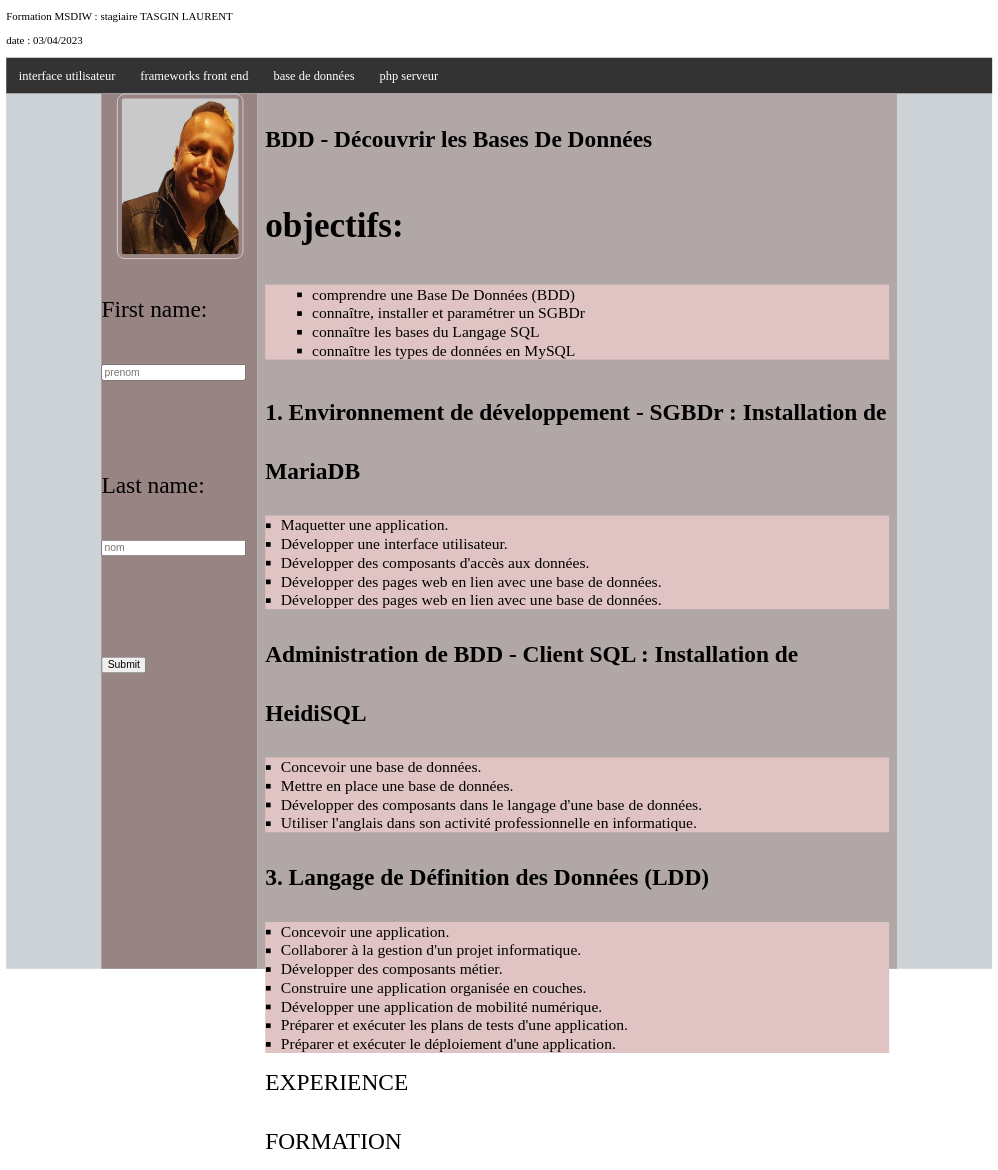
Repository: laurentbul/ApplicationEssai
Page: exercice/ex1/stagiaire_laurent/BACK/BDD/SQL/bdd1_alimenter.html
The author's editor kept a copy of each file at every save. The page is drawn from the files as they stood at one save, then again after the next save.
The browser window is 1280 px wide. The pictures show the whole page, at 78% of full size.

Above is the page before, as saved 2023-04-06 06:42:46.

After the next save:
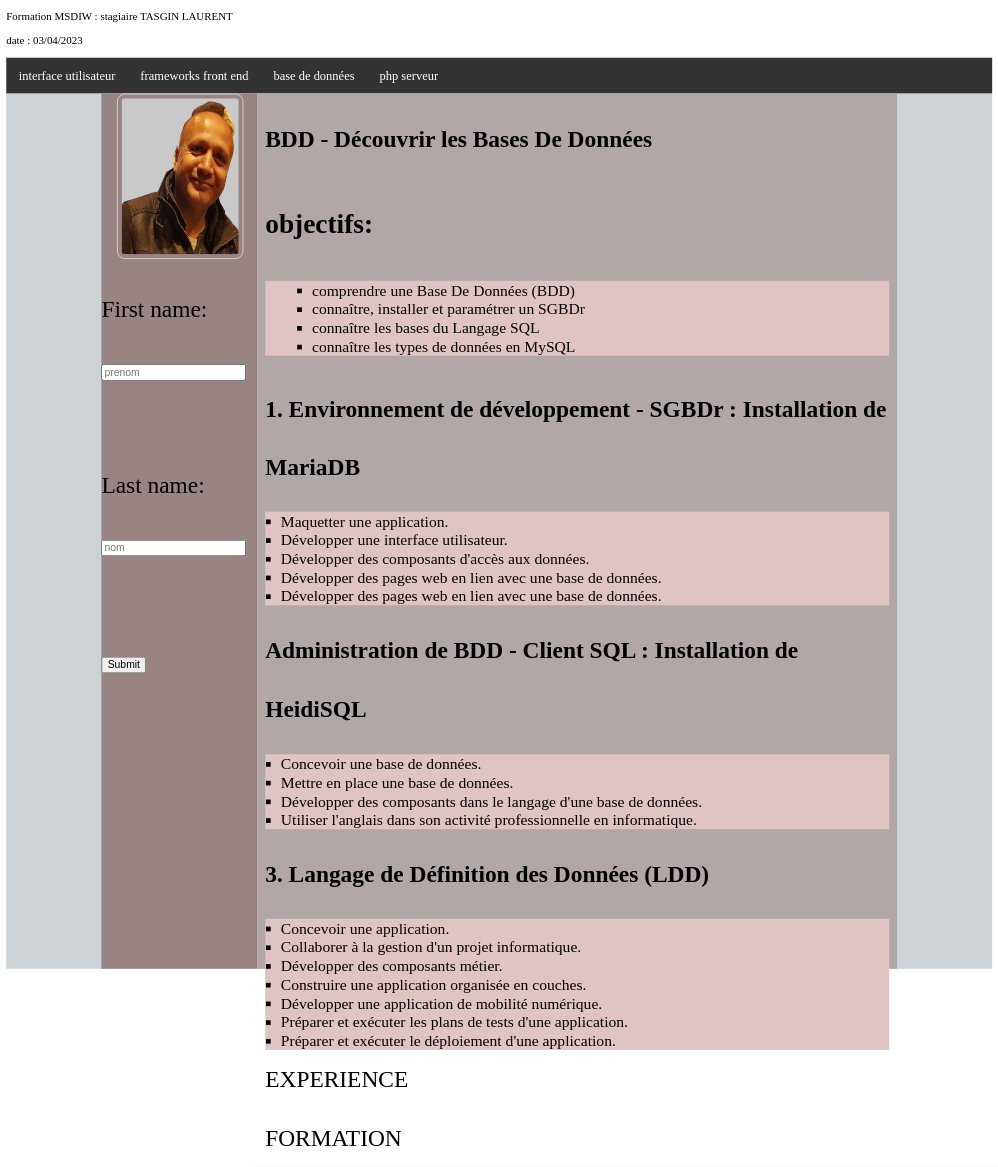
Saved 39 s later.
--- a/exercice/ex1/stagiaire_laurent/FRONT/STATIQUE/CSS/msdiw.css
+++ b/exercice/ex1/stagiaire_laurent/FRONT/STATIQUE/CSS/msdiw.css
@@ -25,12 +25,6 @@ h1 {
   }
 
   h3 {
- display: block;
-  font-size: 1.5em;
-  margin-top: 0.83em;
-  margin-bottom: 0.83em;
-  margin-left: 0;
-  margin-right: 0;
   font-weight: bold;
   }
 
